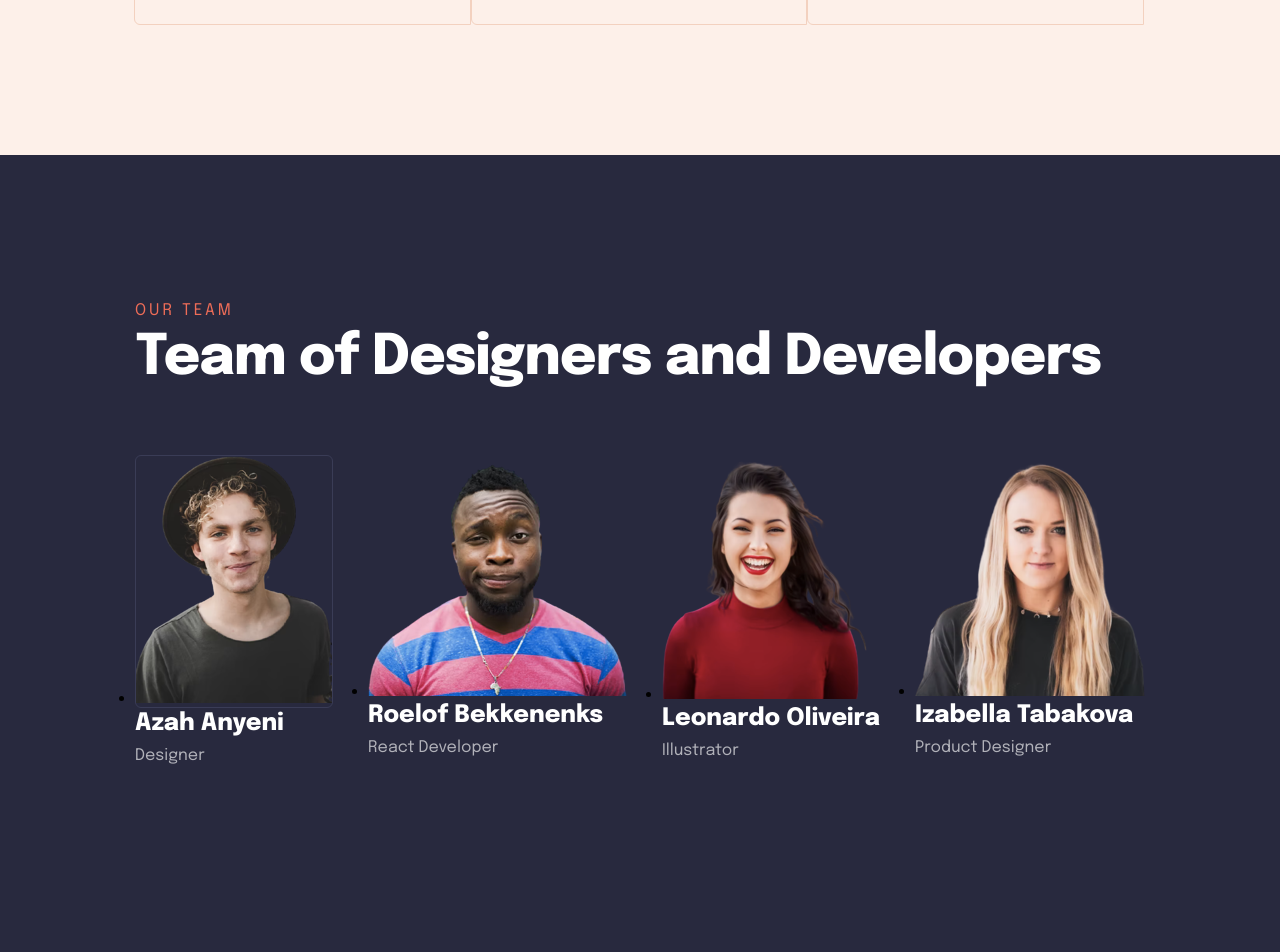
Repository: qafqazly123/websayt-1
Page: aboutPage/index.html
These files come from the project's save history. The page is drawn as it stood at one moment and after a run of saves; the edit follows.
The browser window is 1280 px wide. The pictures show the part of the page from y = 1107 to 2059 px (the page is 2059 px tall).
A picture or video elsewhere on the page could not be fetched, so the positions and the page height are approximate.

Above is the page before, as saved 2023-12-19 15:25:01.

After the next 2 saves:
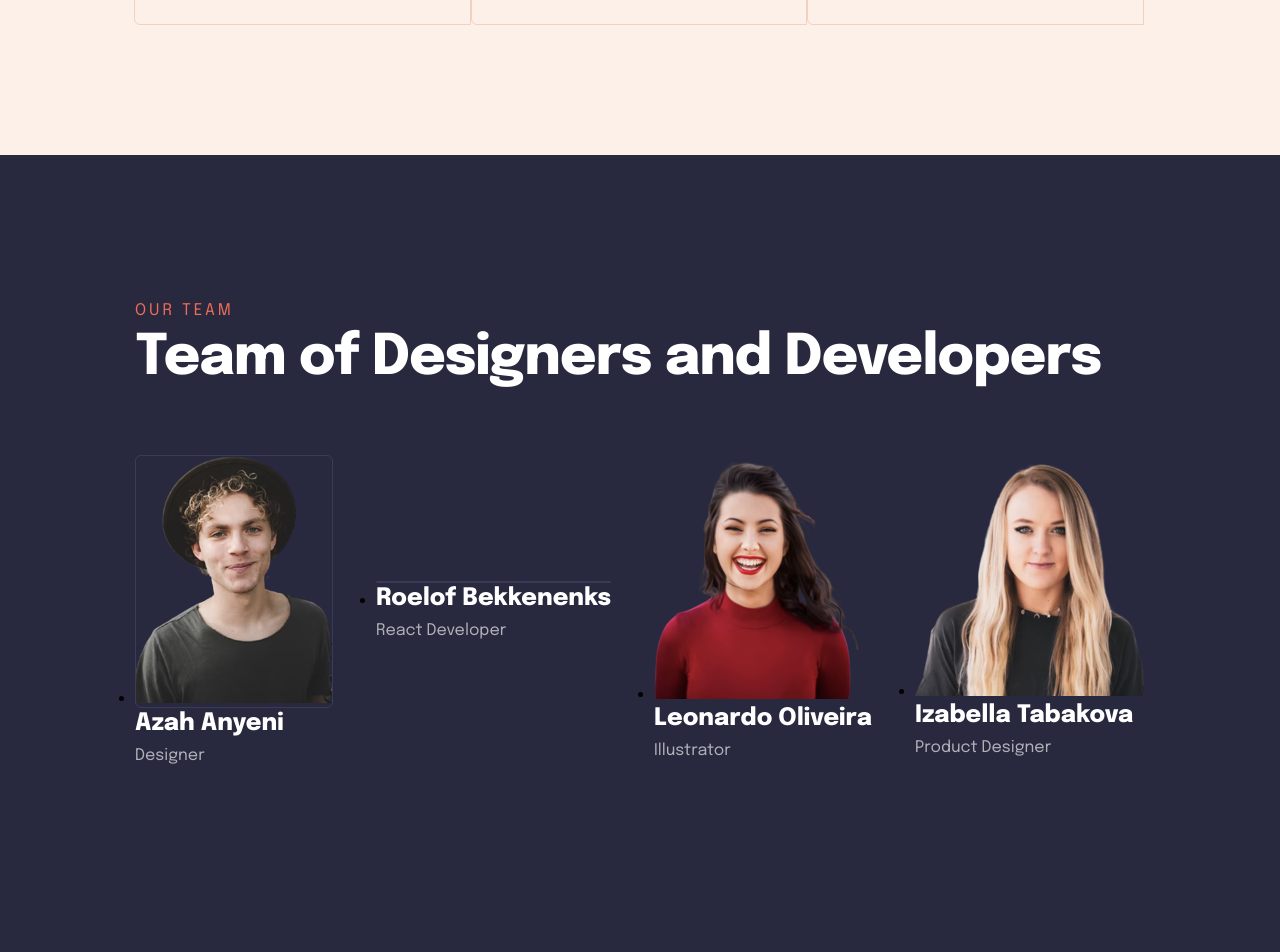
The 2 saves are shown as one change because they came seconds apart.
The last was saved 15 s later.
--- a/aboutPage/index.html
+++ b/aboutPage/index.html
@@ -108,7 +108,9 @@
           <p>Designer</p>
         </li>
         <li>
-          <img src="../images/Bitmap (1).svg" alt="" />
+          <div>
+
+          </div>
           <h3>Roelof Bekkenenks</h3>
           <p>React Developer</p>
         </li>
